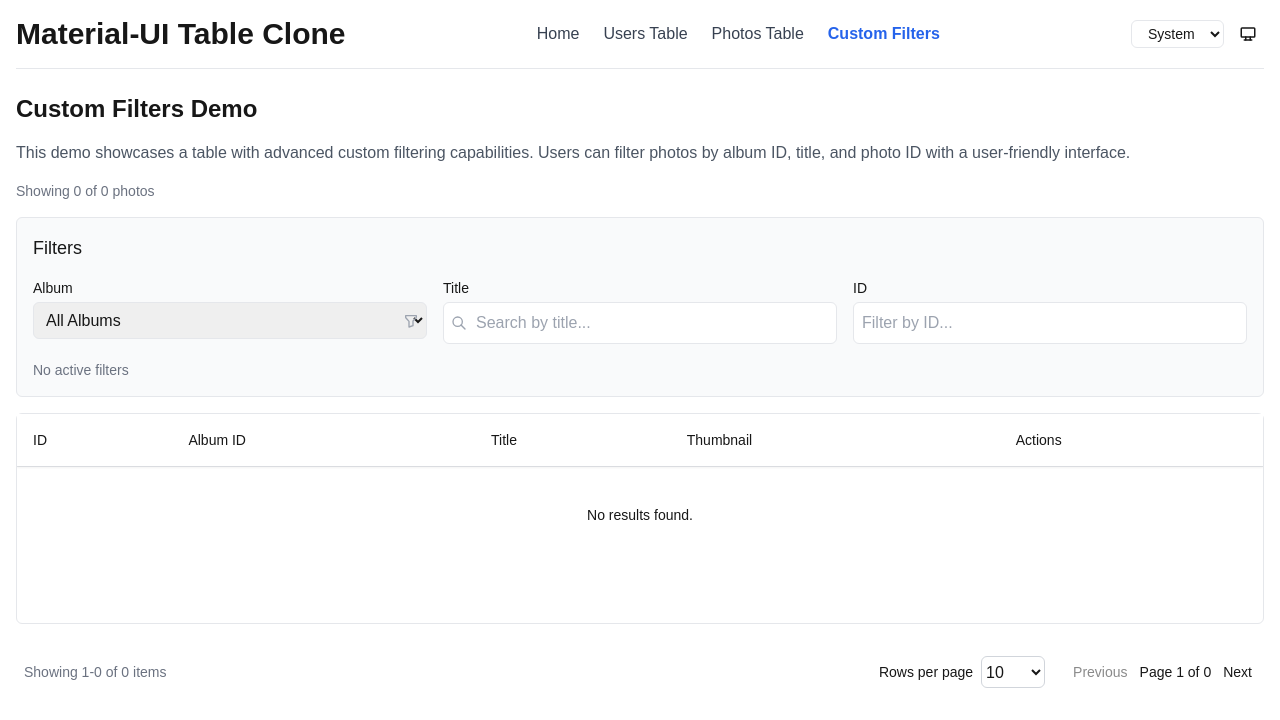
Repository: Dvirco1234/mini-mui-table
Page: /custom-filters
An editor plug-in stored every save of this project. The page is shown before and after the next save, followed by the edit.
The browser window is 1280 px wide. The pictures show the whole page.
The page's requests for data from a server got no answer. The project was rebuilt for these pictures with package versions that can differ from the ones it lists, and the page was loaded fresh each time. The framework's server and built-in components were replaced by stand-ins that run in the browser. No one was signed in, and anything a server would have sent is missing. Also part of the build but not shown: next.config.ts, src/components/ui/table/TableFilters.tsx, src/components/ui/table/TableSorters.tsx.

Above is the page before, as saved 2025-03-03 23:51:27.

### src/app/layout.tsx
import type { Metadata } from "next";
import { Geist, Geist_Mono } from "next/font/google";
import "./globals.css";
import { ThemeProvider } from "@/components/theme/ThemeProvider";
import { Navigation } from "@/components/layout/Navigation";

const geistSans = Geist({
  variable: "--font-geist-sans",
  subsets: ["latin"],
});

const geistMono = Geist_Mono({
  variable: "--font-geist-mono",
  subsets: ["latin"],
});

export const metadata: Metadata = {
  title: "Create Next App",
  description: "Generated by create next app",
};

export default function RootLayout({
  children,
}: Readonly<{
  children: React.ReactNode;
}>) {
  return (
    <html lang="en" className="h-screen overflow-hidden">
      <body
        className={`${geistSans.variable} ${geistMono.variable} antialiased h-full max-h-screen`}
      >
        <ThemeProvider defaultTheme="system" storageKey="mini-mui-table-theme">
          <main className="h-screen">
            <div className="px-4 pb-4 h-full flex flex-col">
              <Navigation />
              {children}
            </div>
          </main>
        </ThemeProvider>
      </body>
    </html>
  );
}

### src/app/custom-filters/page.tsx
import { CustomFiltersDemo } from "@/components/demo/CustomFiltersDemo";

export default function CustomFiltersPage() {
  return (
    <div className="space-y-4 h-full flex flex-col">
      <h2 className="text-2xl font-bold">Custom Filters Demo</h2>
      <p className="text-gray-600 dark:text-gray-300">
        This demo showcases a table with advanced custom filtering capabilities.
        Users can filter photos by album ID, title, and photo ID with a
        user-friendly interface.
      </p>
      <CustomFiltersDemo />
    </div>
  );
}

### src/components/theme/ThemeProvider.tsx
"use client";

import { createContext, useContext, useEffect, useState } from "react";

export type Theme = "dark" | "light" | "system";

type ThemeProviderProps = {
  children: React.ReactNode;
  defaultTheme?: Theme;
  storageKey?: string;
};

type ThemeProviderState = {
  theme: Theme;
  setTheme: (theme: Theme) => void;
};

const initialState: ThemeProviderState = {
  theme: "system",
  setTheme: () => null,
};

const ThemeProviderContext = createContext<ThemeProviderState>(initialState);

export function ThemeProvider({
  children,
  defaultTheme = "system",
  storageKey = "mini-mui-table-theme",
  ...props
}: ThemeProviderProps) {
  const [theme, setTheme] = useState<Theme>(defaultTheme);

  useEffect(() => {
    const savedTheme = localStorage.getItem(storageKey) as Theme | null;

    if (savedTheme) {
      setTheme(savedTheme);
    }
  }, [storageKey]);

  useEffect(() => {
    const root = window.document.documentElement;

    root.classList.remove("light", "dark");

    if (theme === "system") {
      const systemTheme = window.matchMedia("(prefers-color-scheme: dark)")
        .matches
        ? "dark"
        : "light";

      root.classList.add(systemTheme);
      return;
    }

    root.classList.add(theme);
  }, [theme]);

  const value = {
    theme,
    setTheme: (theme: Theme) => {
      localStorage.setItem(storageKey, theme);
      setTheme(theme);
    },
  };

  return (
    <ThemeProviderContext.Provider {...props} value={value}>
      {children}
    </ThemeProviderContext.Provider>
  );
}

export const useTheme = () => {
  const context = useContext(ThemeProviderContext);

  if (context === undefined) {
    throw new Error("useTheme must be used within a ThemeProvider");
  }

  return context;
};

### src/components/layout/Navigation.tsx
"use client";

import Link from "next/link";
import { usePathname } from "next/navigation";
import { ThemeToggle } from "@/components/theme/ThemeToggle";

const navItems = [
  { name: "Home", path: "/" },
  { name: "Users Table", path: "/users" },
  { name: "Photos Table", path: "/photos" },
  { name: "Custom Filters", path: "/custom-filters" },
];

export function Navigation() {
  const pathname = usePathname();

  return (
    <div className="w-full flex border-b py-4 mb-6 justify-between">
      <div className="flex justify-between items-center ">
        <h1 className="text-3xl font-bold">Material-UI Table Clone</h1>
      </div>

      <nav className="flex items-center">
        <ul className="flex flex-wrap gap-6">
          {navItems.map((item) => (
            <li key={item.path}>
              <Link
                href={item.path}
                className={`text-base font-medium transition-colors hover:underline ${
                  pathname === item.path
                    ? "text-blue-600 dark:text-blue-400 font-semibold"
                    : "text-gray-700 hover:text-blue-600 dark:text-gray-300 dark:hover:text-blue-400"
                }`}
              >
                {item.name}
              </Link>
            </li>
          ))}
        </ul>
      </nav>
      <ThemeToggle />
    </div>
  );
}

### src/components/theme/ThemeToggle.tsx
"use client";

import { Theme, useTheme } from "./ThemeProvider";
import { IconMoon, IconSun, IconDeviceDesktop } from "@tabler/icons-react";

export function ThemeToggle() {
  const { theme, setTheme } = useTheme();

  return (
    <div className="flex items-center space-x-2">
      <select
        value={theme}
        onChange={(e: React.ChangeEvent<HTMLSelectElement>) =>
          setTheme(e.target.value as Theme)
        }
        className="bg-background border focus:ring-0 rounded-md px-3 py-1 text-sm focus:outline-none focus:ring-2 focus:ring-primary"
      >
        <option value="light">Light</option>
        <option value="dark">Dark</option>
        <option value="system">System</option>
      </select>

      <div className="flex items-center justify-center w-8 h-8">
        {theme === "light" && <IconSun size={18} />}
        {theme === "dark" && <IconMoon size={18} />}
        {theme === "system" && <IconDeviceDesktop size={18} />}
      </div>
    </div>
  );
}

### src/components/ui/table/index.ts
export * from './Table';
export * from './TableHead';
export * from './TableBody';
export * from './TableRow';
export * from './TableCell';
export * from './TablePagination';
export * from './TableFilters';
export * from './TableSorters';

### src/components/ui/table/Table.tsx
import { cn } from "@/lib/utils";
import { Columns } from "@/types";
import { TableHead } from "./TableHead";
import { TableBody } from "./TableBody";
import { TableRow } from "./TableRow";
import { TableCell } from "./TableCell";
import { TablePagination } from "./TablePagination";
import { TableFilters } from "./TableFilters";
import { TableSorters } from "./TableSorters";
import { IconLoader2 } from "@tabler/icons-react";
import { forwardRef, ReactNode } from "react";

export interface TableSlots {
  customFilters?: React.ReactNode;
  customPagination?: React.ReactNode;
  customHead?: React.ReactNode;
  customBody?: React.ReactNode;
}

export interface PaginationOptions {
  currentPage?: number;
  pageSize?: number;
  totalItems?: number;
  pageSizeOptions?: number[];
  onPageChange?: (page: number) => void;
  onPageSizeChange?: (size: number) => void;
}

export interface TableProps<T = Record<string, unknown>>
  extends React.HTMLAttributes<HTMLTableElement> {
  data: T[];
  columns: Columns<T>;
  slots?: TableSlots;
  loading?: boolean;

  // Pagination props
  pagination?: null | PaginationOptions;

  // Sorting props
  sortField?: string;
  sortOrder?: "asc" | "desc" | "none";
  onSort?: (field: string, order?: "asc" | "desc") => void;
  disableColumnSorting?: boolean;

  // Filter props
  filters?: Record<string, string>;
  onFilterChange?: (field: string, value: string) => void;

  // Style props
  bordered?: boolean;
  className?: string;
  rowHeight?: number | string;
}

// Define the component as a generic function
function TableComponent<T>(
  {
    className,
    data = [],
    columns,
    slots = {},
    loading = false,

    // Pagination props
    pagination = null,

    // Sorting props
    sortField,
    sortOrder = "asc",
    onSort,
    disableColumnSorting = false,

    // Filter props
    filters = {},
    onFilterChange,

    // Style props
    bordered = true,
    rowHeight,
    ...props
  }: TableProps<T>,
  ref: React.ForwardedRef<HTMLTableElement>
) {
  // Extract pagination options
  const paginationEnabled = pagination !== null;
  const paginationOptions: PaginationOptions = pagination || {};

  const {
    currentPage = 1,
    pageSize = 10,
    totalItems = 0,
    pageSizeOptions = [5, 10, 25, 50],
    onPageChange,
    onPageSizeChange,
  } = paginationOptions;

  const totalPages = Math.ceil(totalItems / pageSize);
  const filterableColumns = columns.filter((column) => column.filterable);
  const hasFilters = filterableColumns.length > 0;

  const handleSort = (field: string, order?: "asc" | "desc") => {
    if (onSort) {
      onSort(field, order);
    }
  };

  const handleFilterChange = (field: string, value: string) => {
    if (onFilterChange) {
      onFilterChange(field, value);
    }
  };

  return (
    <div className="table-container w-full h-full flex flex-col">
      {/* Show customFilters if it exists. If not show filters if there are filters */}
      {slots.customFilters ??
        (hasFilters && onFilterChange && (
          <TableFilters
            columns={columns}
            filters={filters}
            onFilterChange={handleFilterChange}
          />
        ))}

      <div className={cn("flex-1 relative", bordered && "rounded-md border")}>
        <div className="absolute inset-0 overflow-auto">
          {loading && (
            <div className="absolute inset-0 bg-gray-100/50 dark:bg-gray-800/50 flex items-center justify-center">
              <IconLoader2 className="animate-spin text-primary" size={32} />
            </div>
          )}
          <table
            ref={ref}
            className={cn("w-full caption-bottom text-sm", className)}
            {...props}
          >
            {slots.customHead ?? (
              <TableHead>
                <TableRow rowHeight={rowHeight}>
                  {columns.map((column) => (
                    <TableCell key={column.id} className="font-medium">
                      {!disableColumnSorting &&
                      column.sortable !== false &&
                      onSort ? (
                        <TableSorters
                          column={column}
                          sortField={sortField}
                          sortOrder={sortOrder}
                          onSort={handleSort}
                        />
                      ) : (
                        column.label
                      )}
                    </TableCell>
                  ))}
                </TableRow>
              </TableHead>
            )}

            {slots.customBody ?? (
              <TableBody>
                {data.length === 0 && !loading ? (
                  <TableRow rowHeight={rowHeight}>
                    <TableCell
                      colSpan={columns.length}
                      className="h-24 text-center"
                    >
                      No results found.
                    </TableCell>
                  </TableRow>
                ) : (
                  data.map((row, rowIndex) => (
                    <TableRow key={rowIndex} rowHeight={rowHeight}>
                      {columns.map((column) => {
                        const value = row[column.id as keyof typeof row];

                        return (
                          <TableCell
                            key={`${rowIndex}-${column.id}`}
                            style={{
                              width: column.width,
                              minWidth: column.minWidth,
                              maxWidth: column.maxWidth,
                            }}
                          >
                            {(column.render?.(row) as ReactNode) ??
                              (value as ReactNode)}
                          </TableCell>
                        );
                      })}
                    </TableRow>
                  ))
                )}
              </TableBody>
            )}
          </table>
        </div>
      </div>

      {slots.customPagination ??
        (paginationEnabled && onPageChange && onPageSizeChange && (
          <TablePagination
            currentPage={currentPage}
            totalPages={totalPages}
            pageSize={pageSize}
            totalItems={totalItems}
            onPageChange={onPageChange}
            onPageSizeChange={onPageSizeChange}
            pageSizeOptions={pageSizeOptions}
            className="mt-4"
          />
        ))}
    </div>
  );
}

// Create a type for the Table component that preserves the generic parameter
type TableComponent = <T = Record<string, unknown>>(
  props: TableProps<T> & { ref?: React.ForwardedRef<HTMLTableElement> }
) => React.ReactElement;

// Use forwardRef and cast it to the correct type
export const Table = forwardRef(TableComponent) as TableComponent;

### src/components/ui/table/TableHead.tsx
import React, { forwardRef } from 'react';
import { cn } from '@/lib/utils';

export interface TableHeadProps extends React.HTMLAttributes<HTMLTableSectionElement> {
  children: React.ReactNode;
}

const TableHead = forwardRef<HTMLTableSectionElement, TableHeadProps>(
  ({ className, ...props }, ref) => {
    return (
      <thead
        ref={ref}
        className={cn("shadow-sm sticky top-0 bg-background", className)}
        {...props}
      />
    );
  }
);

TableHead.displayName = "TableHead";

export { TableHead };

### src/components/ui/table/TableBody.tsx
import React, { forwardRef } from 'react';
import { cn } from '@/lib/utils';

export interface TableBodyProps extends React.HTMLAttributes<HTMLTableSectionElement> {
  children: React.ReactNode;
}

const TableBody = forwardRef<HTMLTableSectionElement, TableBodyProps>(
  ({ className, ...props }, ref) => {
    return (
      <tbody
        ref={ref}
        className={cn("[&_tr:last-child]:border-0", className)}
        {...props}
      />
    );
  }
);

TableBody.displayName = "TableBody";

export { TableBody };

### src/components/ui/table/TableRow.tsx
import React, { forwardRef } from "react";
import { cn } from "@/lib/utils";

export interface TableRowProps
  extends React.HTMLAttributes<HTMLTableRowElement> {
  children: React.ReactNode;
  rowHeight?: number | string;
}

const TableRow = forwardRef<HTMLTableRowElement, TableRowProps>(
  ({ className, rowHeight, ...props }, ref) => {
    return (
      <tr
        ref={ref}
        className={cn(
          "border-b transition-colors hover:bg-muted/50 data-[state=selected]:bg-muted",
          className
        )}
        style={{
          height: rowHeight ? (typeof rowHeight === 'number' ? `${rowHeight}px` : rowHeight) : 'auto'
        }}
        {...props}
      />
    );
  }
);

TableRow.displayName = "TableRow";

export { TableRow };

### src/components/ui/table/TableCell.tsx
import React, { forwardRef } from 'react';
import { cn } from '@/lib/utils';

export interface TableCellProps extends React.TdHTMLAttributes<HTMLTableCellElement> {
  children: React.ReactNode;
}

const TableCell = forwardRef<HTMLTableCellElement, TableCellProps>(
  ({ className, ...props }, ref) => {
    return (
      <td
        ref={ref}
        className={cn("p-4 align-middle [&:has([role=checkbox])]:pr-0 group", className)}
        {...props}
      />
    );
  }
);

TableCell.displayName = "TableCell";

export { TableCell };

### src/components/ui/table/TablePagination.tsx
import React from 'react';
import { cn } from '@/lib/utils';

export interface TablePaginationProps {
  currentPage: number;
  totalPages: number;
  pageSize: number;
  totalItems: number;
  onPageChange: (page: number) => void;
  onPageSizeChange?: (pageSize: number) => void;
  pageSizeOptions?: number[];
  className?: string;
}

const TablePagination: React.FC<TablePaginationProps> = ({
  currentPage,
  totalPages,
  pageSize,
  totalItems,
  onPageChange,
  onPageSizeChange,
  pageSizeOptions,
  className,
}) => {
  const startItem = (currentPage - 1) * pageSize + 1;
  const endItem = Math.min(currentPage * pageSize, totalItems);

  return (
    <div className={cn("flex items-center justify-between px-2 py-4", className)}>
      <div className="text-sm text-gray-500">
        Showing {startItem}-{endItem} of {totalItems} items
      </div>
      <div className="flex items-center space-x-6">
        {pageSizeOptions && pageSizeOptions.length > 0 && onPageSizeChange && (
          <div className="flex items-center space-x-2">
            <p className="text-sm font-medium">Rows per page</p>
            <select
              className="h-8 w-16 rounded-md border border-gray-300 bg-background outline-none focus:border-blue-500 focus:dark:border-white"
              value={pageSize}
              onChange={(e) => onPageSizeChange(Number(e.target.value))}
            >
              {pageSizeOptions.map((option) => (
                <option key={option} value={option}>
                  {option}
                </option>
              ))}
            </select>
          </div>
        )}
        <div className="flex items-center space-x-2">
          <button
            className="inline-flex items-center justify-center rounded-md p-1 text-sm font-medium transition-colors hover:bg-gray-100 disabled:opacity-50"
            onClick={() => onPageChange(currentPage - 1)}
            disabled={currentPage === 1}
          >
            Previous
          </button>
          <div className="text-sm font-medium">
            Page {currentPage} of {totalPages}
          </div>
          <button
            className="inline-flex items-center justify-center rounded-md p-1 text-sm font-medium transition-colors hover:bg-gray-100 disabled:opacity-50"
            onClick={() => onPageChange(currentPage + 1)}
            disabled={currentPage === totalPages}
          >
            Next
          </button>
        </div>
      </div>
    </div>
  );
};

export { TablePagination };

### tailwind.config.ts
import type { Config } from 'tailwindcss';

const config: Config = {
  darkMode: 'class',
  content: [
    './src/pages/**/*.{js,ts,jsx,tsx,mdx}',
    './src/components/**/*.{js,ts,jsx,tsx,mdx}',
    './src/app/**/*.{js,ts,jsx,tsx,mdx}',
  ],
  theme: {
    extend: {
      colors: {
        background: 'var(--background)',
        foreground: 'var(--foreground)',
        border: {
          DEFAULT: 'hsl(var(--border))',
        },
        input: {
          DEFAULT: 'hsl(var(--input))',
        },
        ring: {
          DEFAULT: 'hsl(var(--ring))',
        },
        muted: {
          DEFAULT: 'hsl(var(--muted))',
          foreground: 'hsl(var(--muted-foreground))',
        },
        accent: {
          DEFAULT: 'hsl(var(--accent))',
          foreground: 'hsl(var(--accent-foreground))',
        },
        primary: {
          DEFAULT: 'hsl(var(--primary))',
          foreground: 'hsl(var(--primary-foreground))',
        },
        secondary: {
          DEFAULT: 'hsl(var(--secondary))',
          foreground: 'hsl(var(--secondary-foreground))',
        },
        destructive: {
          DEFAULT: 'hsl(var(--destructive))',
          foreground: 'hsl(var(--destructive-foreground))',
        },
        card: {
          DEFAULT: 'hsl(var(--card))',
          foreground: 'hsl(var(--card-foreground))',
        },
      },
      fontFamily: {
        sans: ['var(--font-geist-sans)'],
        mono: ['var(--font-geist-mono)'],
      },
    },
  },
  plugins: [],
};

export default config;

Loaded but not shown: src/app/globals.css (common file); src/lib/utils.ts (common file); src/components/demo/CustomFilters.tsx (156 lines, source omitted); src/components/demo/CustomFiltersDemo.tsx (187 lines, source omitted)

After the next save:
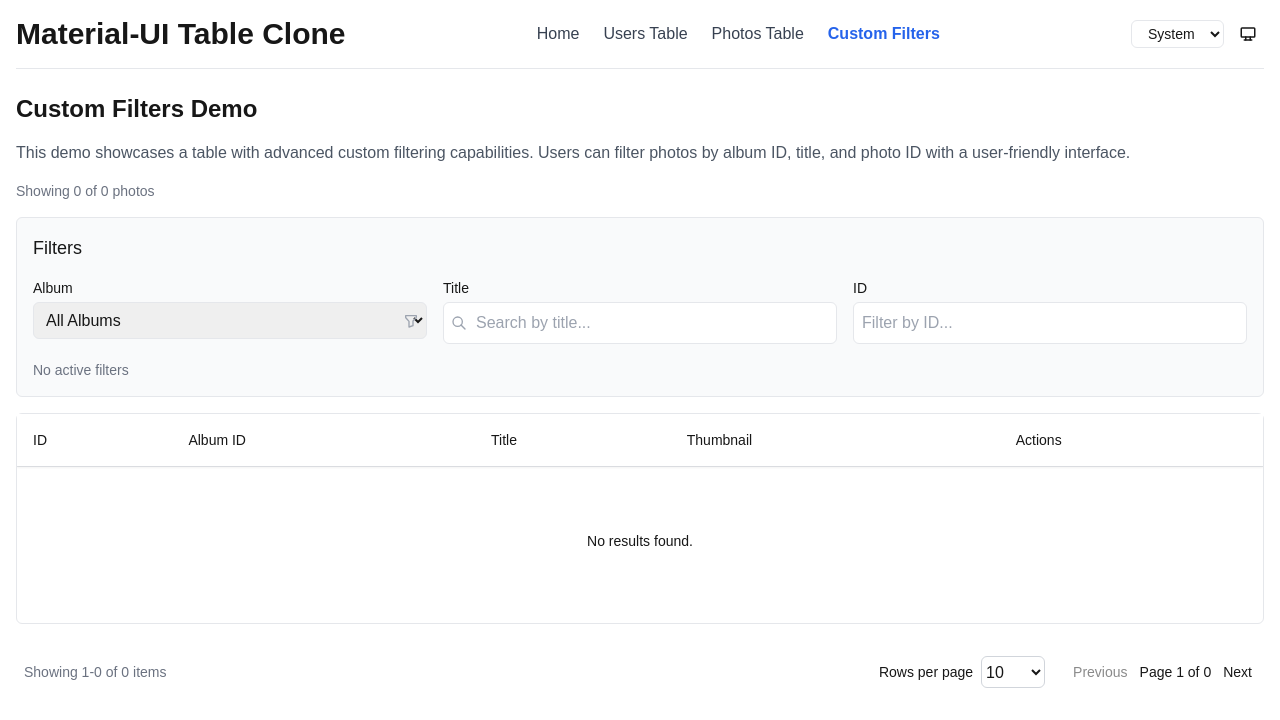
Saved 74 s later.
--- a/src/components/ui/table/Table.tsx
+++ b/src/components/ui/table/Table.tsx
@@ -131,7 +131,10 @@
           )}
           <table
             ref={ref}
-            className={cn("w-full caption-bottom text-sm", className)}
+            className={cn(
+              "w-full caption-bottom text-sm min-h-[200px]",
+              className
+            )}
             {...props}
           >
             {slots.customHead ?? (

After the save that followed:
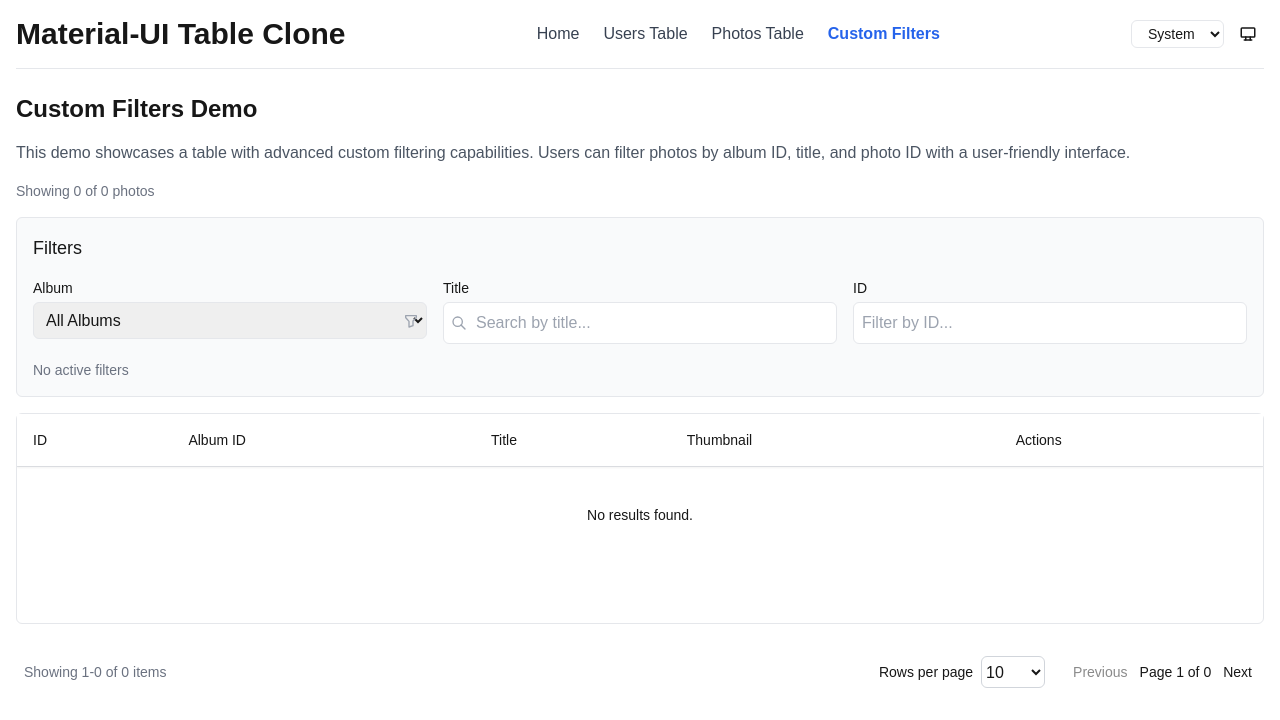
Saved 56 s later.
--- a/src/components/ui/table/Table.tsx
+++ b/src/components/ui/table/Table.tsx
@@ -111,7 +111,7 @@
   };
 
   return (
-    <div className="table-container w-full h-full flex flex-col">
+    <div className="table-container w-full h-full flex flex-col min-h-[200px]">
       {/* Show customFilters if it exists. If not show filters if there are filters */}
       {slots.customFilters ??
         (hasFilters && onFilterChange && (
@@ -131,10 +131,7 @@
           )}
           <table
             ref={ref}
-            className={cn(
-              "w-full caption-bottom text-sm min-h-[200px]",
-              className
-            )}
+            className={cn("w-full caption-bottom text-sm", className)}
             {...props}
           >
             {slots.customHead ?? (
